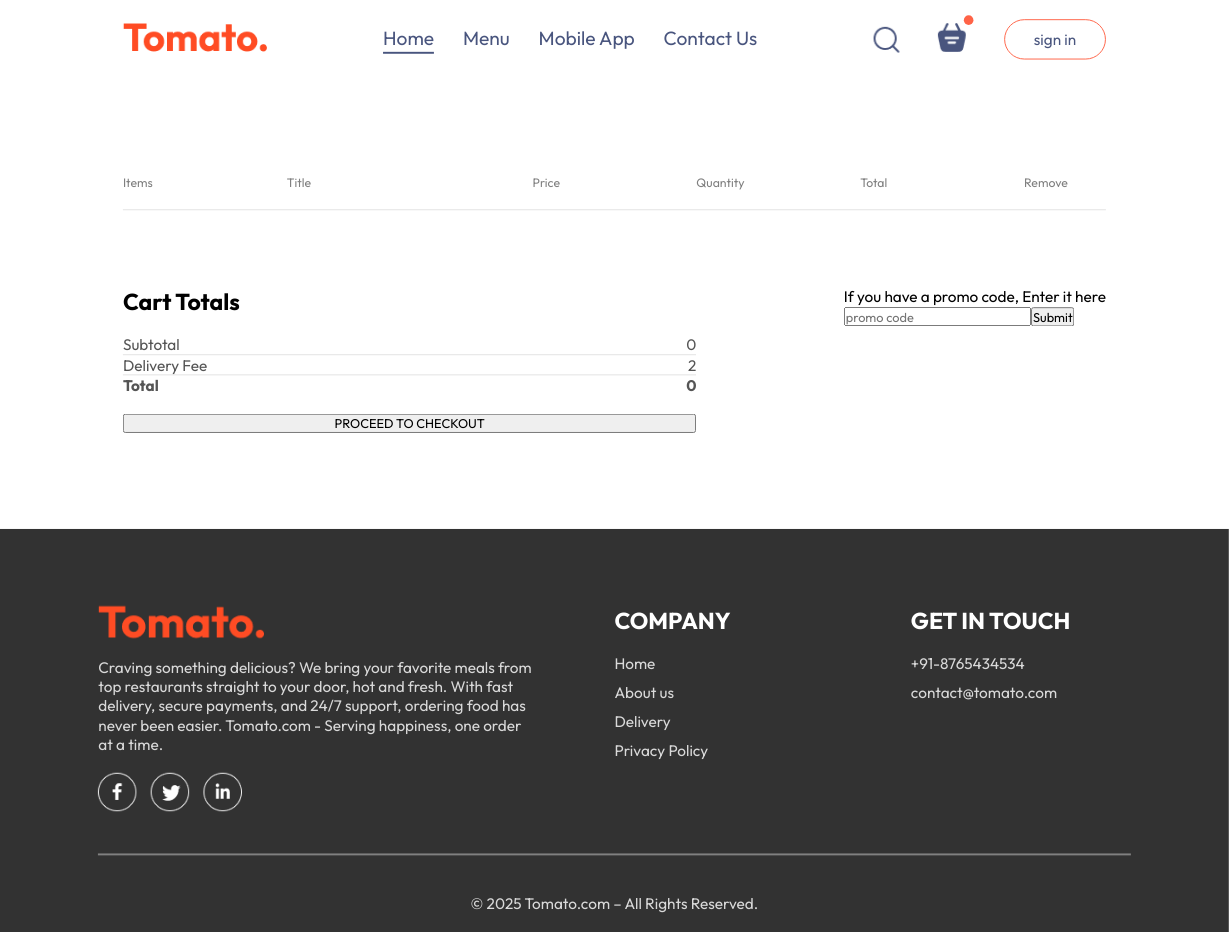
Repository: esakkiraj8104/FOOD_ORDER1
Page: /cart
An editor plug-in stored every save of this project. The page is shown before and after a run of saves, followed by the edit.
The browser window is 1280 px wide. The pictures show the whole page, at 96% of full size.
The project was rebuilt for these pictures with package versions that can differ from the ones it lists, and the page was loaded fresh each time. Also part of the build but not shown: vite.config.js, src/components/Navbar/Header/Haeder.css, src/components/Navbar/Header/Header.jsx, src/components/Navbar/ExploreMenu/ExploreMenu.css, src/components/Navbar/ExploreMenu/ExploreMenu.jsx, src/components/Navbar/FoodDisplay/FoodDisplay.css, src/components/Navbar/FoodItem/FoodItem.css, src/components/Navbar/FoodItem/FoodItem.jsx and 6 more. Imported but missing from the stored project, and not drawn on this page: src/pages/PlaceOrder/PlaceOrder.

Above is the page before, as saved 2025-05-20 18:57:23.

After the next 2 saves:
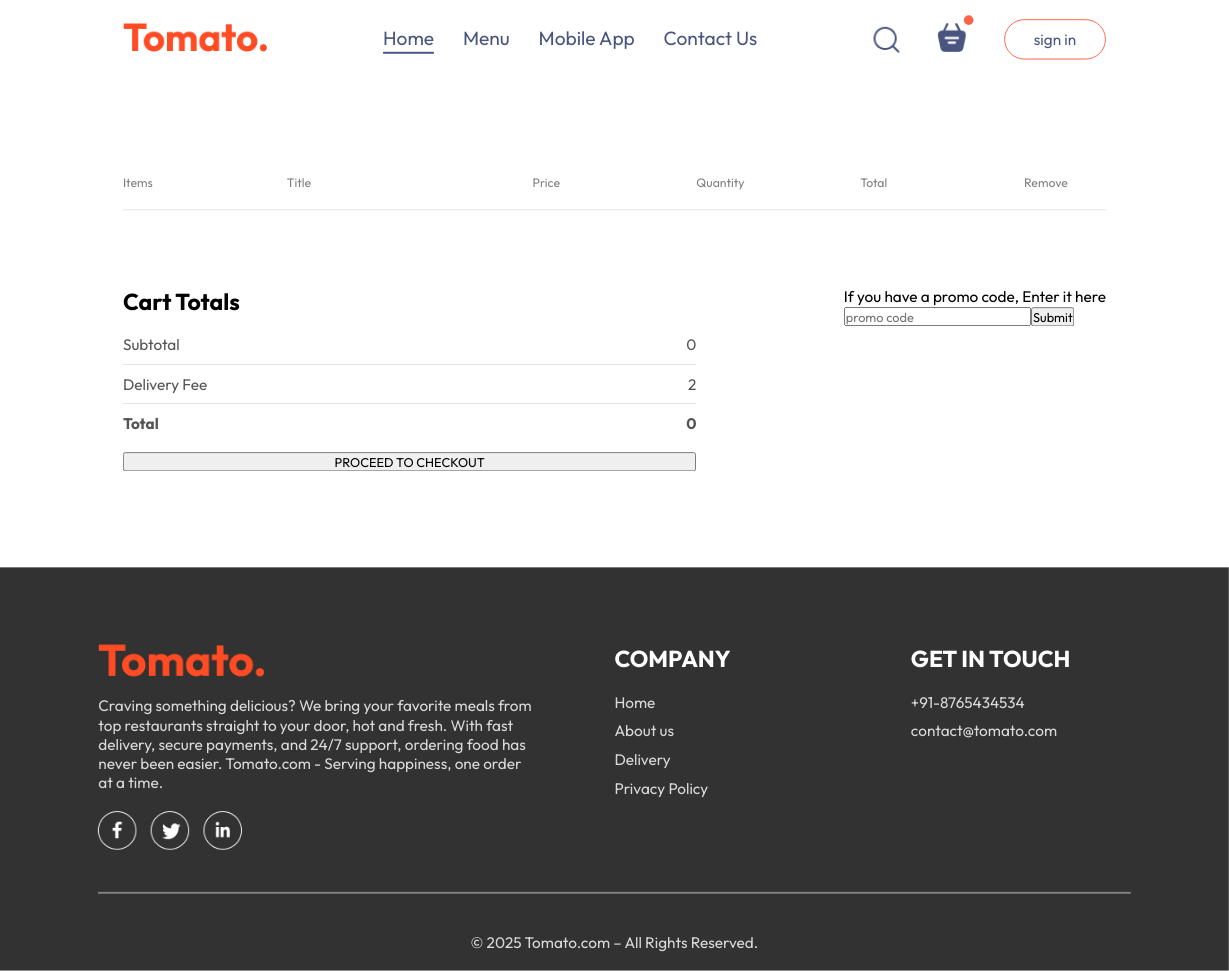
The 2 saves are shown as one change because they came seconds apart.
The last was saved 5 s later.
--- a/src/pages/Cart/Cart.css
+++ b/src/pages/Cart/Cart.css
@@ -42,5 +42,5 @@
     color: #555;
 }
 .cart-total hr{
-    marg
+    margin: 10px 0px;
 }
